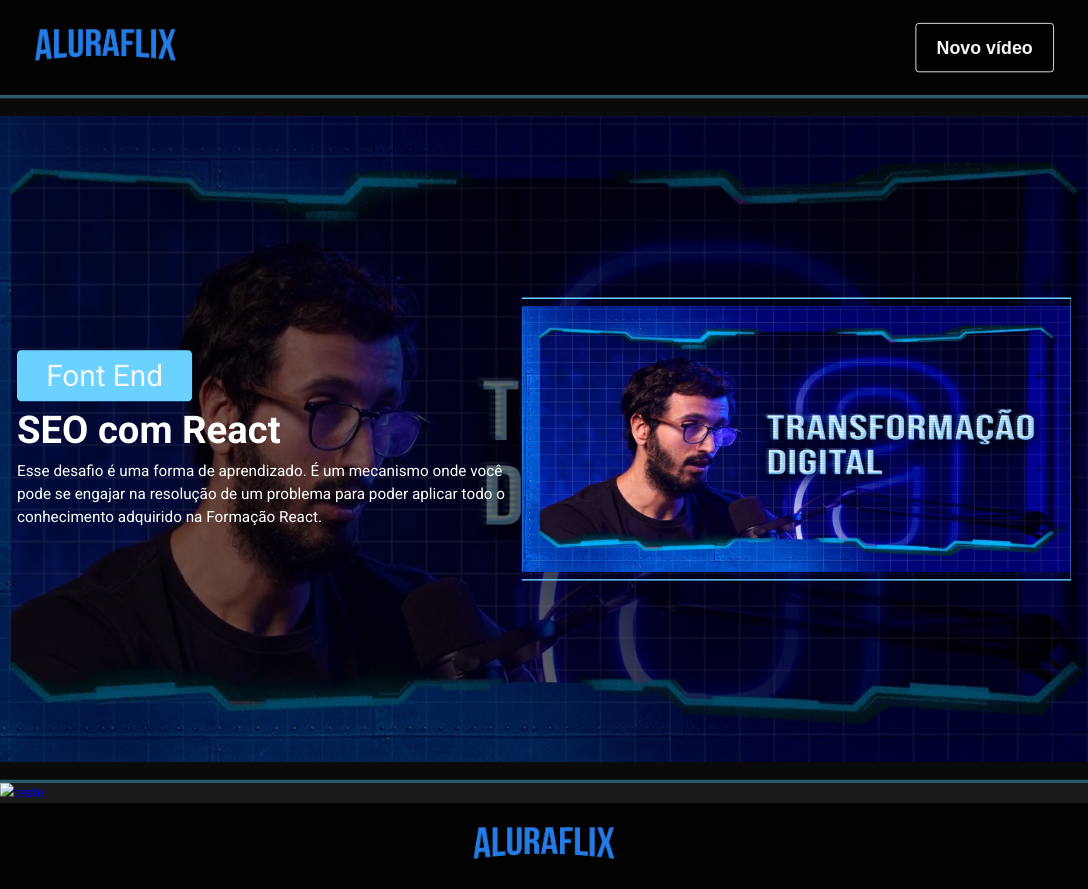
Repository: CarlosEduardoVdeOliveira/aluraflix
Page: /
The author's editor kept a copy of each file at every save. The page is drawn from the files as they stood at one save, then again after the next save.
The browser window is 1280 px wide. The pictures show the whole page, at 85% of full size.
The project was rebuilt for these pictures with package versions that can differ from the ones it lists, and the page was loaded fresh each time. Also part of the build but not shown: vite.config.js, src/components/Card/Card.module.css, src/pages/RegisterVideo/index.jsx, src/pages/RegisterCategory/index.jsx.

Above is the page before, as saved 2023-09-20 13:57:31.

### index.html
<!doctype html>
<html lang="en">
  <head>
    <meta charset="UTF-8" />
    <link rel="preconnect" href="https://fonts.googleapis.com">
    <link rel="preconnect" href="https://fonts.gstatic.com" crossorigin>
    <!-- <link rel="icon" type="image/svg+xml" href="/vite.svg" /> -->
    <meta name="viewport" content="width=device-width, initial-scale=1.0" />
    <link href="https://fonts.googleapis.com/css2?family=Roboto:wght@300;400;500;700&display=swap" rel="stylesheet">
    <title>Alura + Flix</title>
  </head>
  <body>
    <div id="root"></div>
    <script type="module" src="/src/main.jsx"></script>
  </body>
</html>

### src/main.jsx
import React from 'react'
import ReactDOM from 'react-dom/client'
import AppRoutes from './routes'
import './index.css'

ReactDOM.createRoot(document.getElementById('root')).render(
  <React.StrictMode>
    <AppRoutes />
  </React.StrictMode>,
)

### src/routes.jsx
import { BrowserRouter, Route, Routes } from 'react-router-dom'
import PageBase from './pages/pageBase'
import Home from './pages/Home/Home'
import { ThemeProvider } from '@mui/material'
import { theme } from './'
import RegisterVideo from './pages/RegisterVideo'
import RegisterCategory from './pages/RegisterCategory'


export default function AppRoutes() {
  return (
    <BrowserRouter>
      <ThemeProvider theme={theme}>
        <Routes>
          <Route path='/' element={<PageBase />}>
            <Route index element={<Home />}></Route>
            <Route path='register-video' element={<RegisterVideo />}></Route>
            <Route path='register-category' element={<RegisterCategory />}></Route>
          </Route>
        </Routes>
      </ThemeProvider>
    </BrowserRouter>
  )
}

### src/index.css
:root {
  --gray-100: #F5F5F5;
  --gray-150: #E5E5E5;
  --gray-500: #191919;
  --blue-500: #2A7AE4;
  font-family: 'Roboto', sans-serif;
  line-height: 1.5;
  font-weight: 400;
  font-size: 1rem;
  font-synthesis: none;
  text-rendering: optimizeLegibility;
  -webkit-font-smoothing: antialiased;
  -moz-osx-font-smoothing: grayscale;
  -webkit-text-size-adjust: 100%;
}
*{
  box-sizing: border-box;
  margin: 0;
  padding: 0;
  scroll-behavior: smooth;
}
body{
  background-color: var(--gray-500);
}
a {
  text-decoration: none;
  transiton: .5s all ease-out;
}

button{
  cusor: pointer;
  transiton: .5s all ease-out;
}

### src/pages/pageBase/index.jsx
import { Banner } from '../../components/Banner';
import Footer from '../../components/Footer';
import Header from '../../components/Header'
import { Outlet } from "react-router-dom";
import { useLocation } from 'react-router-dom';


export default function PageBase() {
  const location = useLocation()
  return (
    <main>
      <Header button={location.pathname === '/'} />
      <Banner banner={location.pathname === '/'} />
      <Outlet />
      <Footer />
    </main>
  )
}

### src/pages/Home/Home.jsx
import Card from "../../components/Card";

function Home() {

  return (
      <Card />
  )
}

export default Home

### src/index.js
import { createTheme } from '@mui/material/styles';

export const theme = createTheme({
  palette: {
    primary: {
      main: '#2A7AE4',
      light: '#6BD1FF',
      dark: '#002884',
      contrastText: '#fff',
    },
    secondary: {
      light: '#ff7961',
      main: '#f44336',
      dark: '#ba000d',
      contrastText: '#000',
    },
  },
});

### src/components/Banner/index.jsx
import styles from './Banner.module.css'
import bannerImage from '../../../public/banner.png'
import TitleCategory from '../TitleCategory';
// eslint-disable-next-line react/prop-types
export function Banner({banner}){
  return(
    <>
      {
        banner && (
        <div className={styles.container}>
          <div className={styles.content}>
            <TitleCategory
              bgColor="#6BD1FF"
              color="#f5f5f5"
            >
              Font End
            </TitleCategory>
            <h5 >
              SEO com React
            </h5>
            <p>
              Esse desafio é uma forma de aprendizado.
              É um mecanismo onde você pode se engajar na resolução de um problema
              para poder aplicar todo o conhecimento adquirido na Formação React.
            </p>
          </div>
          <img src={bannerImage} alt='Imagem do SEO da alura, '/>
        </div>
        )
      }
    </>
  );
}

### src/components/Footer/index.jsx
import { Link } from 'react-router-dom'
import logo from '../../assets/logo.png'
import styles from './Footer.module.css'
function Footer() {
  return (
    <footer className={styles.container}>
      <Link to='/'>
        <img src={logo} alt="Logo do aluraflix" />
      </Link>
    </footer>
  )
}

export default Footer

### src/components/Header/index.jsx
/* eslint-disable react/prop-types */
// eslint-disable-next-line no-unused-vars
import React from 'react';

import logo from '../../assets/logo.png'
import styles from './Header.module.css'
import { Link } from 'react-router-dom';
import Button from '../Button';


const Header = ({button}) => {

  return (
    <header className={styles.container}>
      <Link to="/">
        <img src={logo} alt='Logo do aluraflix' />
      </Link>
      {button &&
        <Link to="/register-video">
          <Button
            bgColor="#000"
            borderColor="1px solid #FFF"
            color="#F5f5f5"
          >
            Novo vídeo
          </Button>
        </Link>
      }
    </header>
  )
}

export default Header

### src/components/Card/index.jsx
import { Link } from 'react-router-dom'
import styles from './Card.module.css'
import {img as image} from '../../assets/image.png'
// eslint-disable-next-line react/prop-types
export default function Card({border}) {
  return (
    <section className={styles.container}>
      <Link style={{border:border}}>
        <img src={image} alt="teste" />
      </Link>
    </section>
  )
}

### src/components/Banner/Banner.module.css
.container{
  background: linear-gradient(rgba(0, 0, 0, 0.59), rgba(0, 0, 0, 0.59)),
  url(../../../public/banner.png) center / cover no-repeat;
  width: 100%;
  height: 50.563rem;
  display: flex;
  justify-content: center;
  align-items: center;
  gap: 10px;
  padding: 20px;
}
.container img{
  width: 646px;
  height: 333.582px;
  flex-shrink: 0;
}
.content{
  color: #FFF;
}
.content h5{
  font-size: 45px;
}
.content p{
  font-size: 18px;
}

### src/components/TitleCategory/index.jsx
import styles from "./TitleCategory.module.css"
// eslint-disable-next-line react/prop-types
function TitleCategory({children, bgColor, color}) {
  return(
    <div
      className={styles.container}
      style={{
        backgroundColor: bgColor,
        color: color
      }}
    >
      {children}
    </div>
  )
}

export default TitleCategory

### src/components/Footer/Footer.module.css
.container{
  display: flex;
  align-items: center;
  justify-content: center;
  padding: 1.688rem 2.5rem;
  background-color: rgba(0, 0, 0, 0.9);
}

.container img{
  width: 168.45px;
  height: 40px;
}

### src/components/Header/Header.module.css
.container{
  display: flex;
  justify-content: space-between;
  align-items: center;
  padding: 1.688rem 2.5rem;
  background-color: rgba(0, 0, 0, 0.9);
}

.container img{
  width: 168.45px;
  height: 40px;
}

### src/components/Button/index.jsx
import styles from './Button.module.css'
// eslint-disable-next-line react/prop-types
function Button({children, bgColor, borderColor, color}) {
  return(
    <button className={styles.button}
      style={{
        background:bgColor,
        border:borderColor,
        color:color
      }}
    >
      {children}
    </button>
  )
}

export default Button

### src/components/TitleCategory/TitleCategory.module.css
.container{
  width: 206px;
  height: 60px;
  padding: 5px;
  text-align: center;
  border-radius: 5px;
  font-size: 35px;
}

### src/components/Button/Button.module.css
.button{
  color: #FFF;
  text-align: center;
  padding: 1rem 1.5rem;
  border-radius: .25rem;
  font-size: 21px;
  font-style: normal;
  font-weight: 600;
  cursor: pointer;
  line-height: 24px;
  transition: all .5s ease-in-out;
}

.button:hover{
  opacity: 0.5;
}

After the next save:
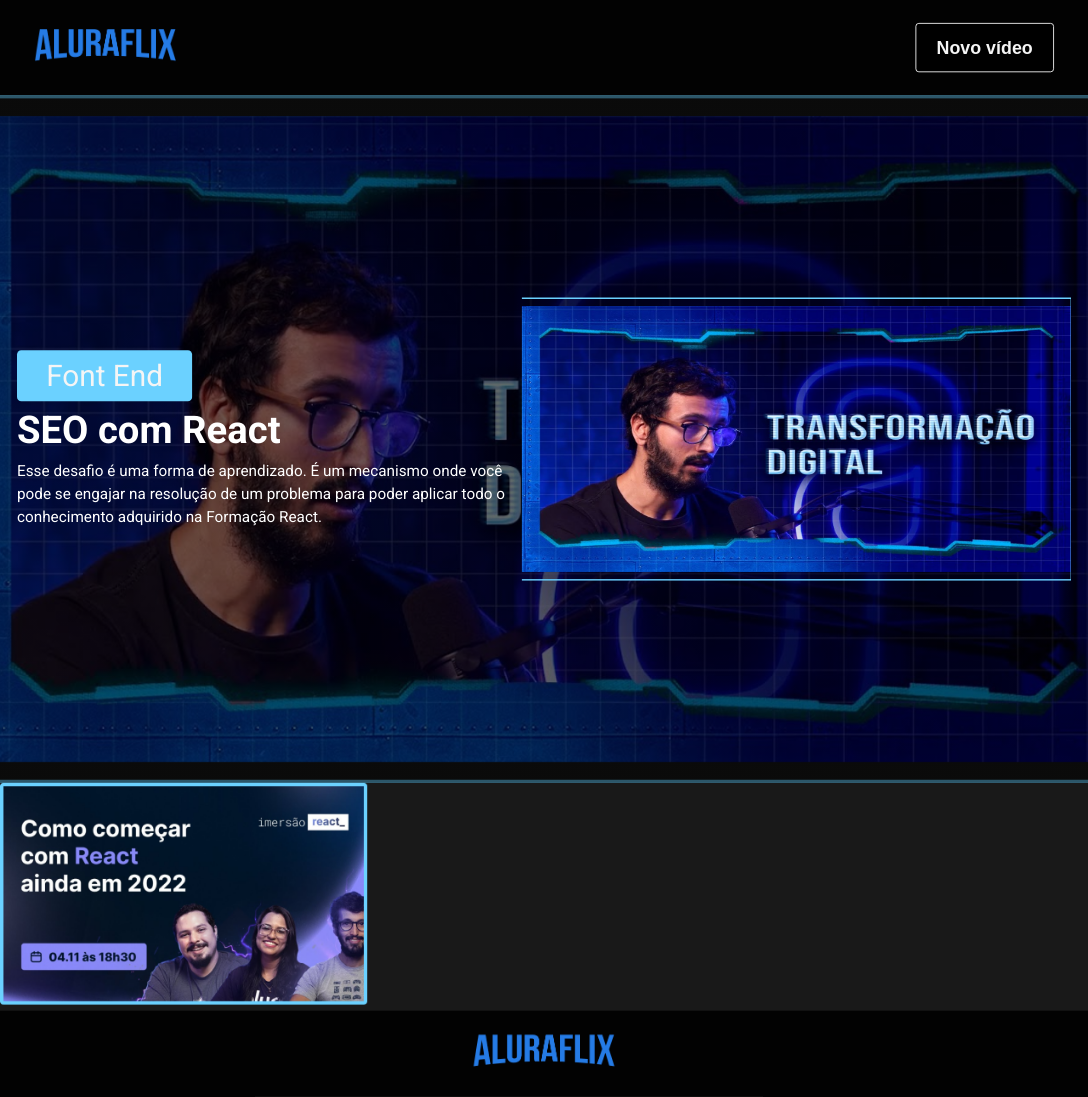
Saved 54 s later.
--- a/src/components/Card/index.jsx
+++ b/src/components/Card/index.jsx
@@ -1,12 +1,12 @@
 import { Link } from 'react-router-dom'
 import styles from './Card.module.css'
-import {img as image} from '../../assets/image.png'
+import initReact from '../../assets/initReact.png'
 // eslint-disable-next-line react/prop-types
 export default function Card({border}) {
   return (
     <section className={styles.container}>
       <Link style={{border:border}}>
-        <img src={image} alt="teste" />
+        <img src={initReact} alt="teste" />
       </Link>
     </section>
   )
